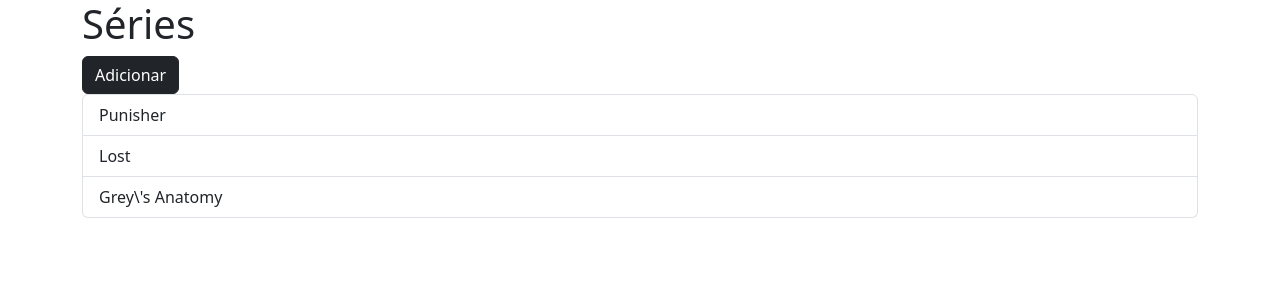
Repository: joaoDelaGracia/laravelTeste
Page: http://localhost/series
These files come from the project's save history. The page is drawn as it stood at one moment and after a run of saves; the edit follows.
The browser window is 1280 px wide. The pictures show the whole page.
The page is served by the project's Laravel application, run on PHP 8.4 with Laravel 12. Style sheets and scripts are compiled from the project's sources, by tool versions that may differ from the author's. Queries for data that is not in the repository find no rows.

Above is the page before, as saved 2025-05-26 13:19:41.

After the next 8 saves:
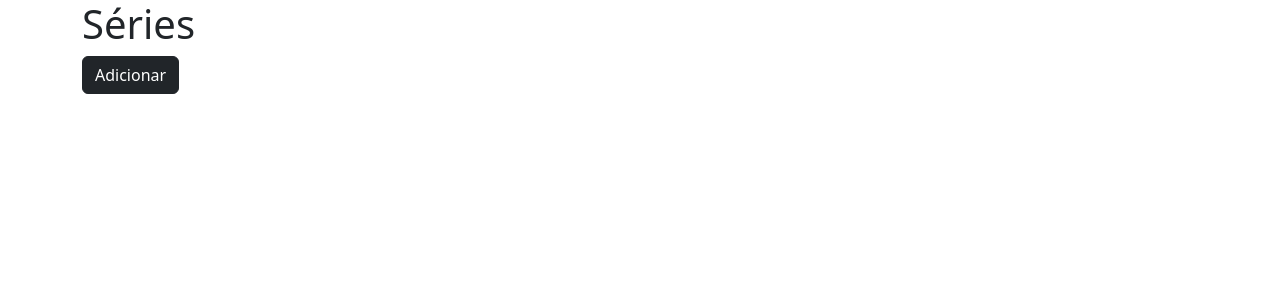
The 8 saves are shown as one change because 3 did not build or start and some came seconds apart.
The last was saved 110 s later.
--- a/app/Http/Controllers/SeriesController.php
+++ b/app/Http/Controllers/SeriesController.php
@@ -2,17 +2,14 @@
 
 namespace App\Http\Controllers;
 
+use App\Models\Serie;
 use Illuminate\Http\Request;
 
 class SeriesController extends Controller
 {
     public function index(){
 
-        $series = [
-            "Punisher",
-            "Lost",
-            "Grey\'s Anatomy"
-        ];
+        $series = Serie::all();
 
         return view('series.index', compact('series'));
 
